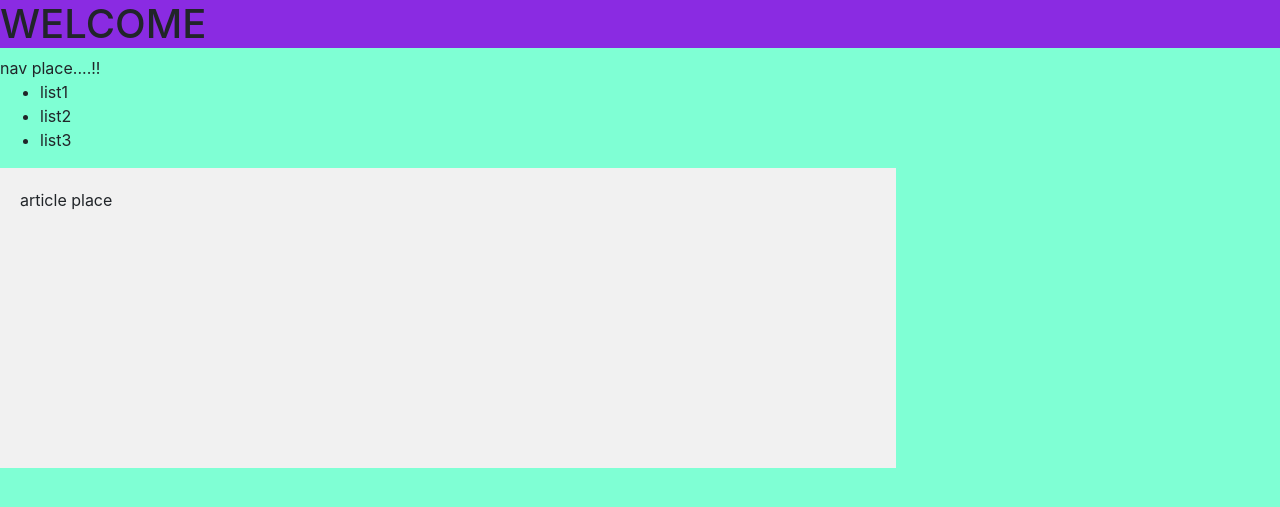
Repository: idrice24/IDRICE24-DASHBOARD
Page: html/header.html
These files come from the project's save history. The page is drawn as it stood at one moment and after the next save; the edit follows.
The browser window is 1280 px wide. The pictures show the whole page.

Above is the page before, as saved 2020-09-03 22:53:53.

After the next save:
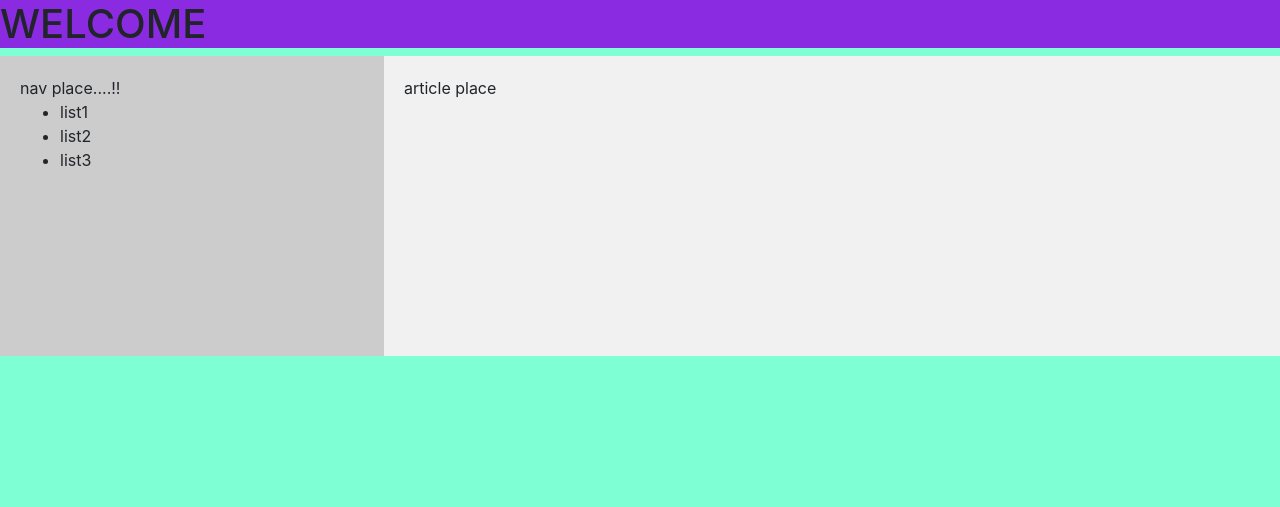
Saved 50 s later.
--- a/vendor/idrice24folder/idrice24.css
+++ b/vendor/idrice24folder/idrice24.css
@@ -25,3 +25,15 @@
     height: 300px;
     /* only for demonstration, should be removed */
 }
+
+
+/* Create two columns/boxes that floats next to each other */
+
+nav {
+    float: left;
+    width: 30%;
+    height: 300px;
+    /* only for demonstration, should be removed */
+    background: #ccc;
+    padding: 20px;
+}
